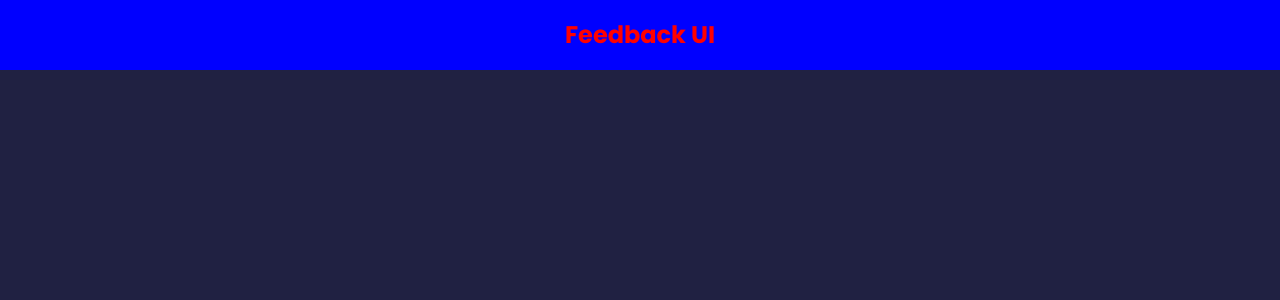
Repository: Lithium87/feedback-app
Page: / (app in client/)
These files come from the project's save history. The page is drawn as it stood at one moment and after the next save; the edit follows.
The browser window is 1280 px wide. The pictures show the whole page.
The project was rebuilt for these pictures with package versions that can differ from the ones it lists, and the page was loaded fresh each time.

Above is the page before, as saved 2022-05-25 18:48:52.

After the next save:
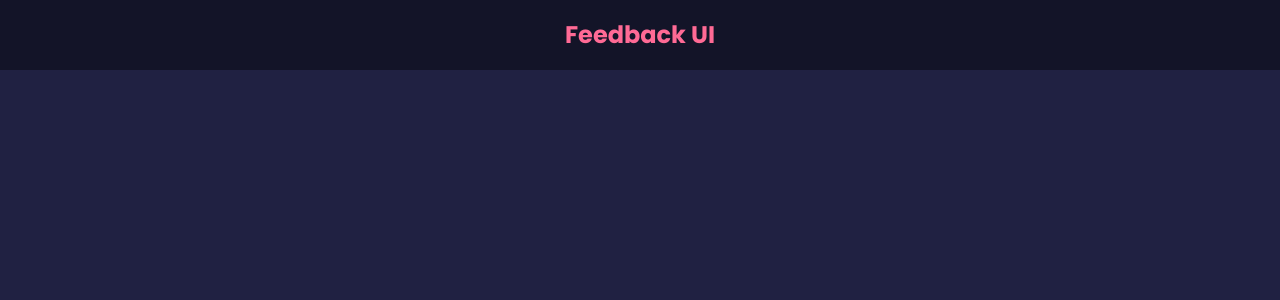
Saved 112 s later.
--- a/client/src/components/Header.js
+++ b/client/src/components/Header.js
@@ -18,8 +18,8 @@ const Header = ({text, bgColor, textColor}) => {
 
 Header.defaultProps = {
   text: 'Feedback UI',
-  bgColor: 'blue',
-  textColor: 'red',
+  bgColor: 'rgba(0, 0, 0, 0.4)',
+  textColor: '#ff6a95',
 };
 
 Header.propTypes = {
